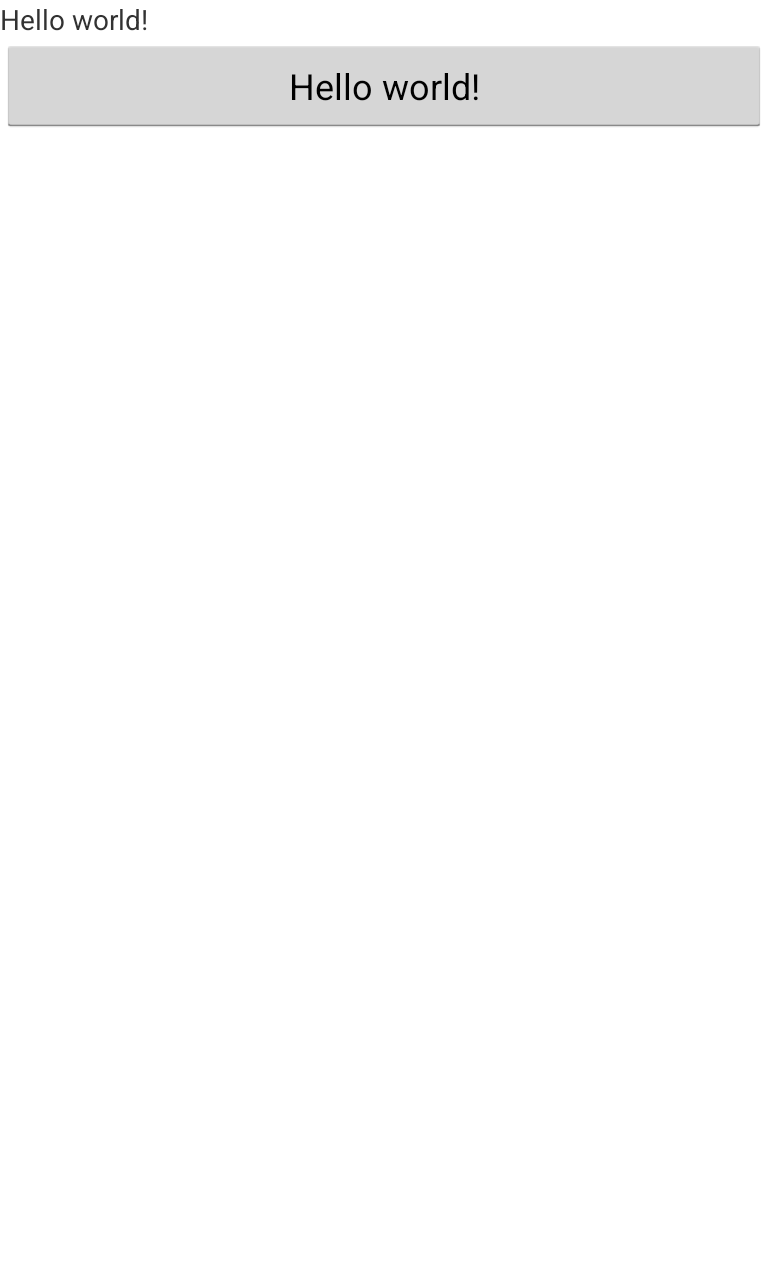
Repository: ChenLongAHXC/AndroidPractice
Layout: TestBC/res/layout/activity_main.xml
The author's editor kept a copy of each file at every save. The layout is drawn from the files as they stood at one save, then again after the next save.
It is drawn on a 768 x 1280 px phone screen (xhdpi) without system bars, with theme AppTheme; the app's code is not run.

Above is the layout before, as saved 2014-03-13 12:39:40.

### TestBC/res/layout/activity_main.xml
<LinearLayout xmlns:android="http://schemas.android.com/apk/res/android"
    xmlns:tools="http://schemas.android.com/tools"
    android:layout_width="fill_parent"
    android:layout_height="match_parent"
    android:orientation="vertical" >

    <TextView
        android:layout_width="fill_parent"
        android:layout_height="wrap_content"
        android:text="@string/hello_world" />
	<Button
	    android:id="@+id/testBC"
	    android:layout_width="fill_parent"
        android:layout_height="wrap_content"
        android:text="@string/hello_world" />
</LinearLayout>

### TestBC/res/values/strings.xml
<?xml version="1.0" encoding="utf-8"?>
<resources>

    <string name="app_name">TestBC</string>
    <string name="action_settings">Settings</string>
    <string name="hello_world">Hello world!</string>
    <string name="testBC">Test BC</string>

</resources>

Loaded but not shown: TestBC/res/values/styles.xml (common file); TestBC/res/values-v11/styles.xml (common file); TestBC/res/values-v14/styles.xml (common file)

After the next save:
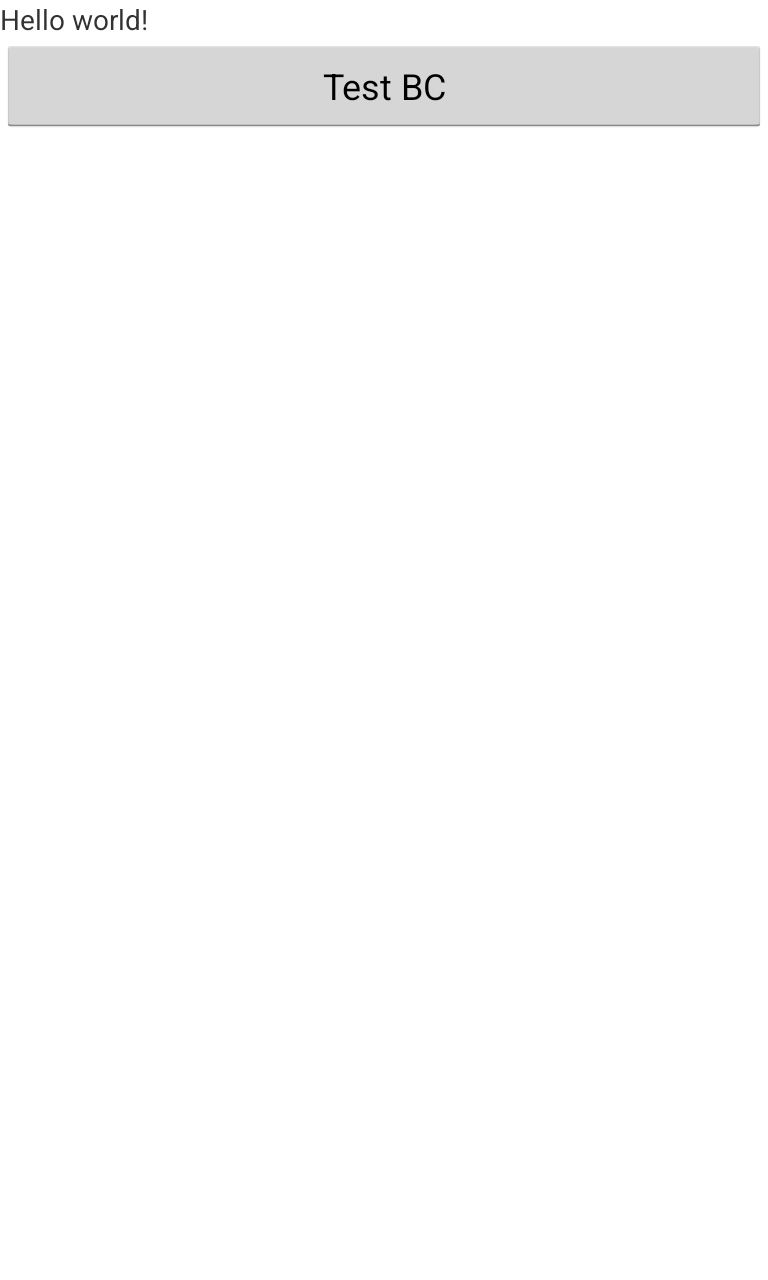
Saved 7 s later.
--- a/TestBC/res/layout/activity_main.xml
+++ b/TestBC/res/layout/activity_main.xml
@@ -12,5 +12,5 @@
 	    android:id="@+id/testBC"
 	    android:layout_width="fill_parent"
         android:layout_height="wrap_content"
-        android:text="@string/hello_world" />
+        android:text="@string/testBC" />
 </LinearLayout>
